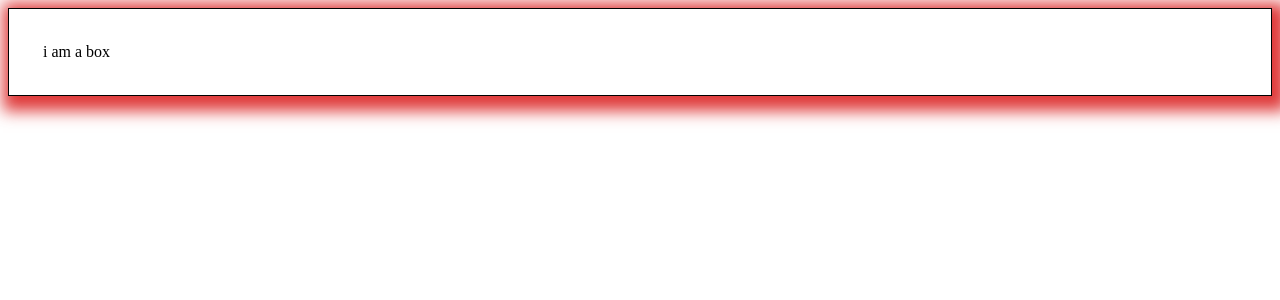
Repository: diensy/Web_dev
Page: Css/Shadows/shadow.html
The author's editor kept a copy of each file at every save. The page is drawn from the files as they stood at one save, then again after a run of saves.
The browser window is 1280 px wide. The pictures show the whole page.

Above is the page before, as saved 2024-05-25 20:22:41.

After the next 5 saves:
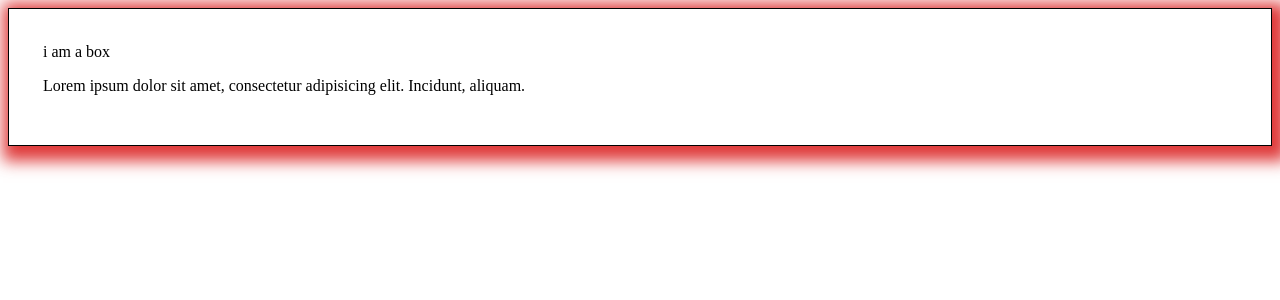
The 5 saves are shown as one change because they came seconds apart.
The last was saved 12 s later.
--- a/Css/Shadows/shadow.html
+++ b/Css/Shadows/shadow.html
@@ -1,15 +1,18 @@
 <!DOCTYPE html>
 <html lang="en">
-<head>
-    <meta charset="UTF-8">
-    <meta name="viewport" content="width=device-width, initial-scale=1.0">
+  <head>
+    <meta charset="UTF-8" />
+    <meta name="viewport" content="width=device-width, initial-scale=1.0" />
     <title>shadow</title>
-    <link rel="stylesheet" href="shadow.css">
-</head>
-<body>
-     <div class="box">
-        i am a box
-
-     </div>
-</body>
+    <link rel="stylesheet" href="shadow.css" />
+  </head>
+  <body>
+    <div class="box">
+      i am a box
+      <p>
+        Lorem ipsum dolor sit amet, consectetur adipisicing elit. Incidunt,
+        aliquam.
+      </p>
+    </div>
+  </body>
 </html>
